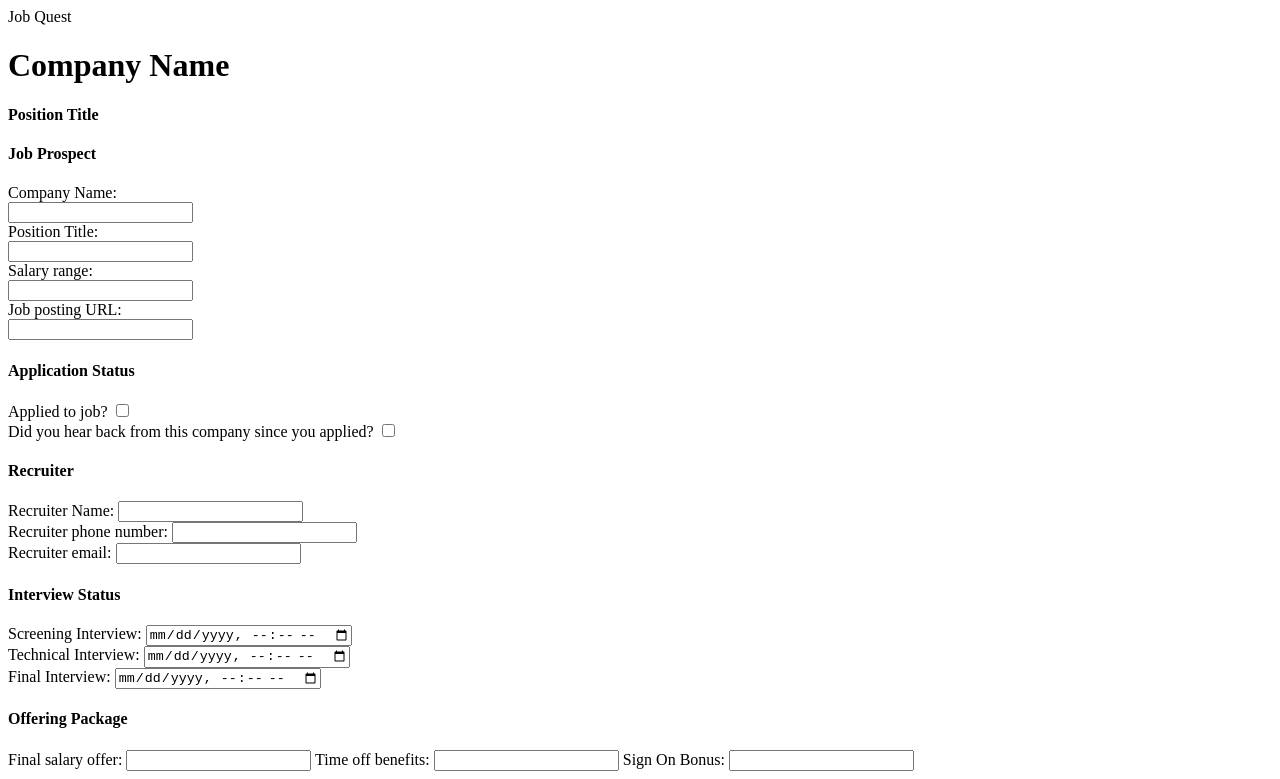
Repository: AllSystemsRGeorge/Job-Quest
Page: utils/mainPageHelper.html
These files come from the project's save history. The page is drawn as it stood at one moment and after the next save; the edit follows.
The browser window is 1280 px wide. The pictures show the whole page.

Above is the page before, as saved 2022-08-04 17:45:56.

After the next save:
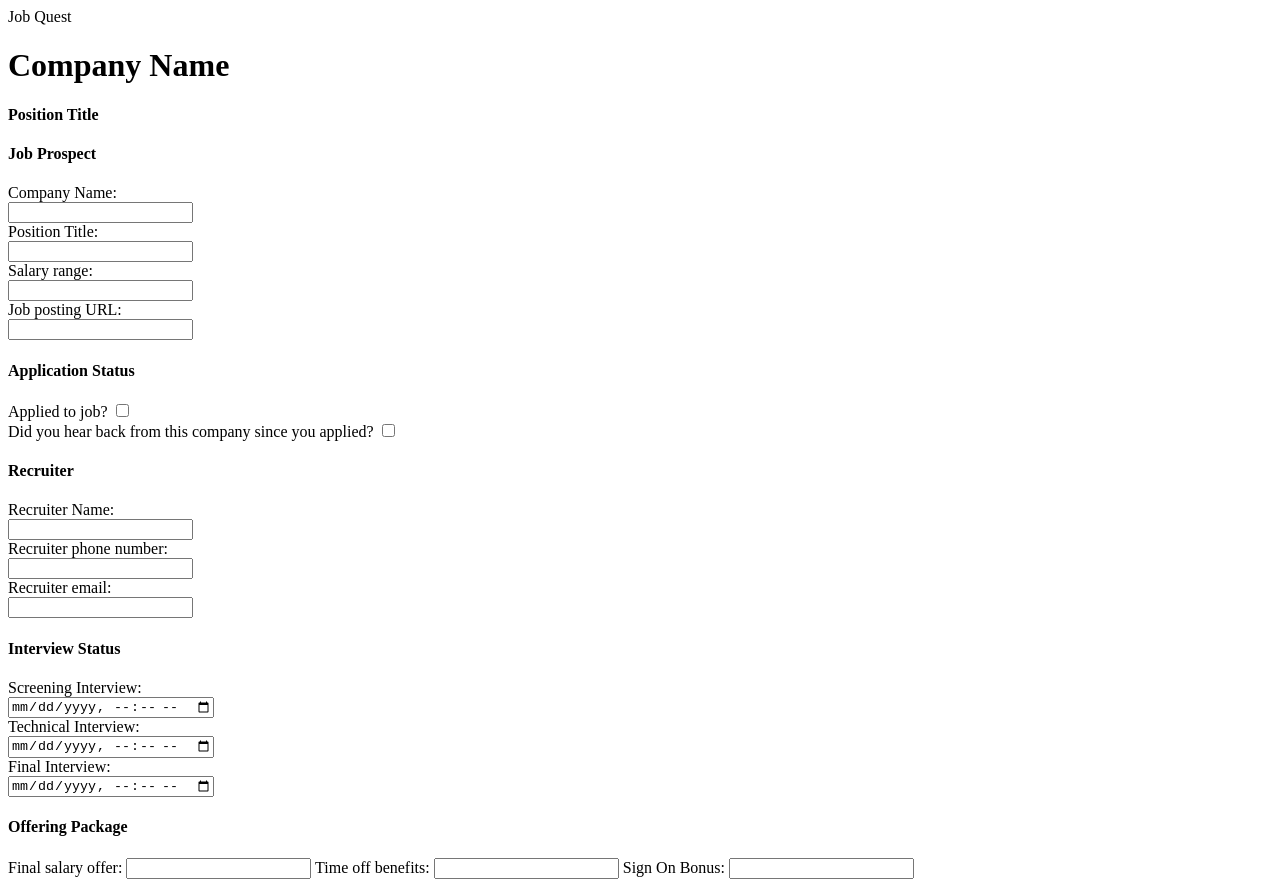
Saved 44 s later.
--- a/utils/mainPageHelper.html
+++ b/utils/mainPageHelper.html
@@ -35,21 +35,21 @@
 
         <!-- recruiter contact info -->
         <h4>Recruiter</h4>
-        <label for="recName">Recruiter Name:</label>
+        <label for="recName">Recruiter Name:</label><br>
         <input type="text" name="recName"><br>
-        <label for="recPhoneNum">Recruiter phone number:</label>
+        <label for="recPhoneNum">Recruiter phone number:</label><br>
         <input type="tel" name="recPhoneNum"><br>
-        <label for="recEmail">Recruiter email:</label>
-        <input type="email" name="recEmail">
+        <label for="recEmail">Recruiter email:</label><br>
+        <input type="email" name="recEmail"><br>
 
         <!-- interview process -->
         <h4>Interview Status</h4>
-        <label for="screeningInt">Screening Interview:</label>
+        <label for="screeningInt">Screening Interview:</label><br>
         <input type="datetime-local" name="screeningInt"><br>
-        <label for="technicalInt">Technical Interview:</label>
+        <label for="technicalInt">Technical Interview:</label><br>
         <input type="datetime-local" name="technicalInt"><br>
-        <label for="finalInt">Final Interview:</label>
-        <input type="datetime-local" name="finalInt">
+        <label for="finalInt">Final Interview:</label><br>
+        <input type="datetime-local" name="finalInt"><br>
 
         <!-- hiring process -->
         <h4>Offering Package</h4>
